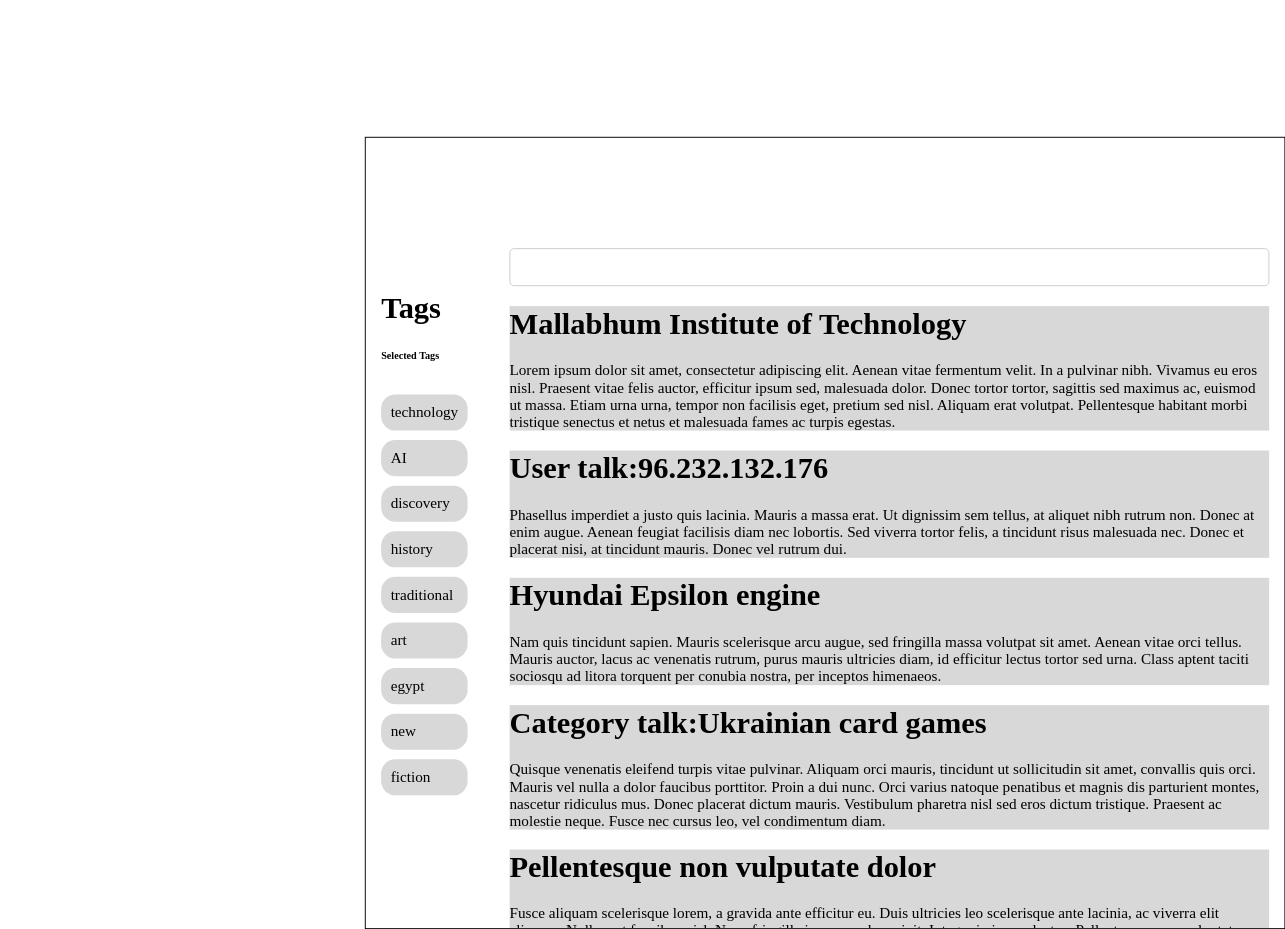
Repository: KelaiAffaf/bridger
Page: /
The author's editor kept a copy of each file at every save. The page is drawn from the files as they stood at one save, then again after a run of saves.
The browser window is 1280 px wide. The page is 1353 px wide, so the pictures cover 1353 px, including what lies to the right of the window. The pictures show the whole page, at 95% of full size.
An inner scrolling area shows only its first screen. The project was rebuilt for these pictures with package versions that can differ from the ones it lists, and the page was loaded fresh each time. Also part of the build but not shown: vite.config.js.

Above is the page before, as saved 2023-06-08 11:48:18.

After the next 2 saves:
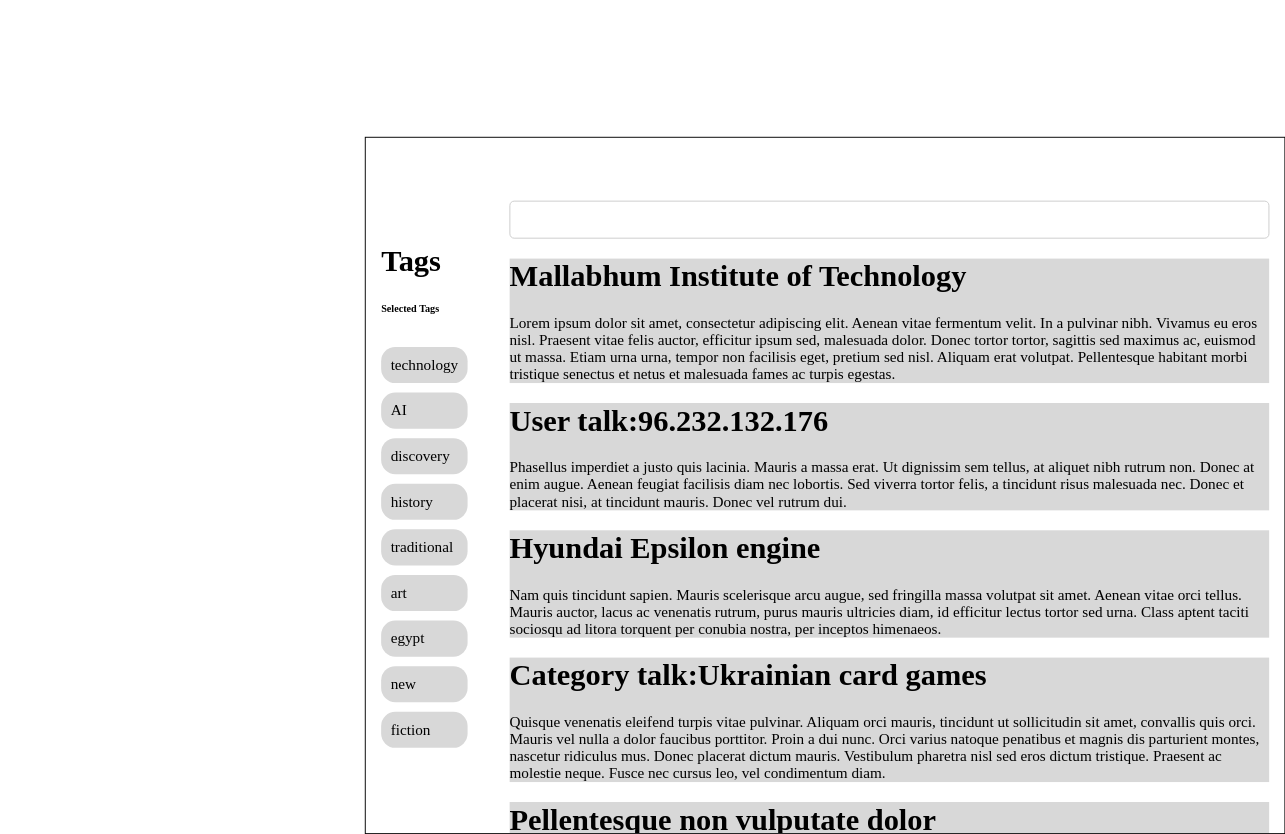
The 2 saves are shown as one change because they came seconds apart.
The last was saved 22 s later.
--- a/src/App.jsx
+++ b/src/App.jsx
@@ -41,7 +41,7 @@
         display: "flex",
         alignItems: "center",
         gap: 44,
-        height: "800px",
+        height: "700px",
         border: "1px solid black",
         overflow: "scroll",
         position: "absolute",
